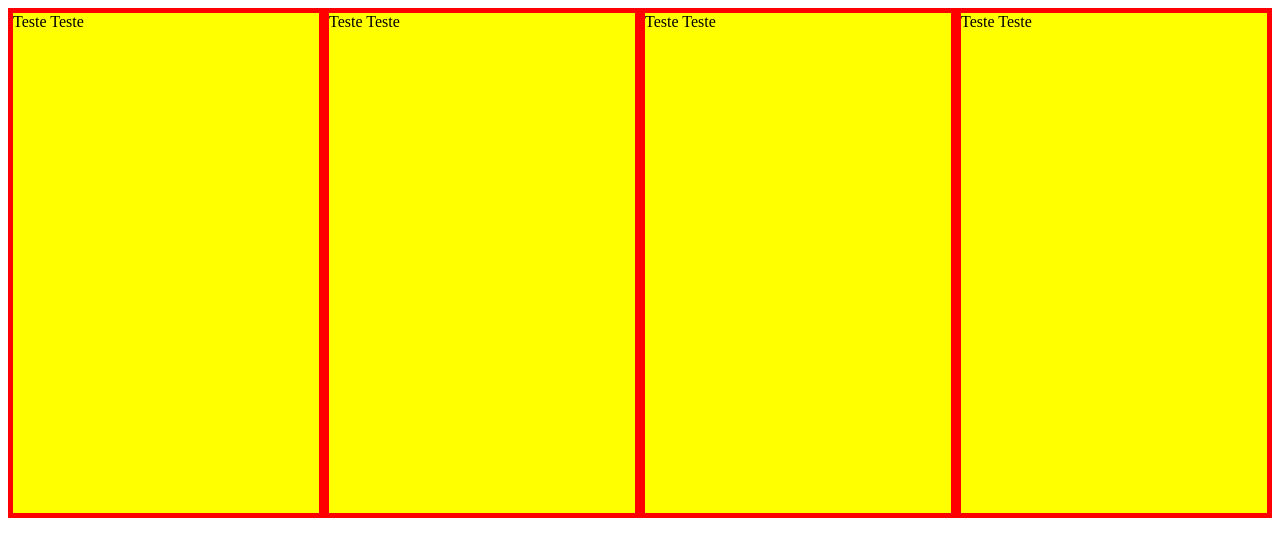
Repository: Leandromarim/Curso_Origamid
Page: index.html
The author's editor kept a copy of each file at every save. The page is drawn from the files as they stood at one save, then again after the next save.
The browser window is 1280 px wide. The pictures show the whole page.

Above is the page before, as saved 2023-07-19 00:35:54.

### index.html
<!DOCTYPE html>
<html lang="pt-br">

<head>
    <meta charset="UTF-8">
    <meta name="viewport" content="width=device-width, initial-scale=1.0">
    <link rel="stylesheet" href="./css/stylesheet.css">
    <title>Meu Currículo</title>
</head>

<body>
    <section class="container">
        <div class="item">Teste Teste</div>
        <div class="item">Teste Teste</div>
        <div class="item">Teste Teste</div>
        <div class="item">Teste Teste</div>
    </section>
</body>

</html>

### css/stylesheet.css
section.container {
    display: flex;
    position: relative;
    background-color: red;
    align-items: center;
    justify-content: center;
}

div.item {
    display: flex;
    flex-wrap: wrap;
    position: relative;
    width: 500px;
    height: 500px;
    margin: 5px;
    background-color: yellow
}

After the next save:
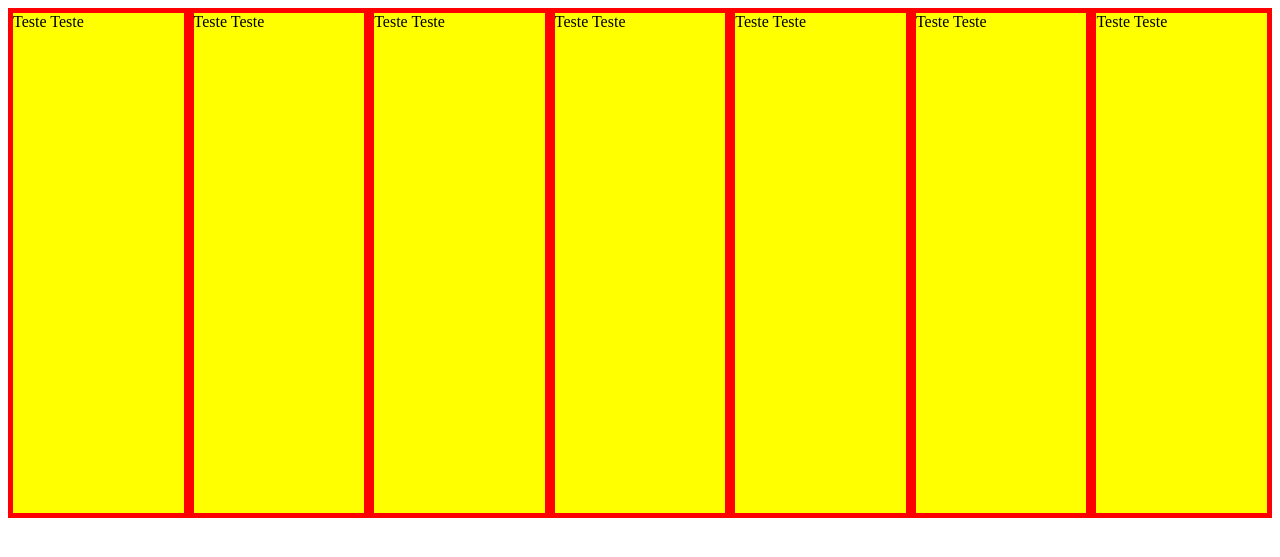
Saved 31 s later.
--- a/index.html
+++ b/index.html
@@ -14,6 +14,9 @@
         <div class="item">Teste Teste</div>
         <div class="item">Teste Teste</div>
         <div class="item">Teste Teste</div>
+        <div class="item">Teste Teste</div>
+        <div class="item">Teste Teste</div>
+        <div class="item">Teste Teste</div>
     </section>
 </body>
 

After the save that followed:
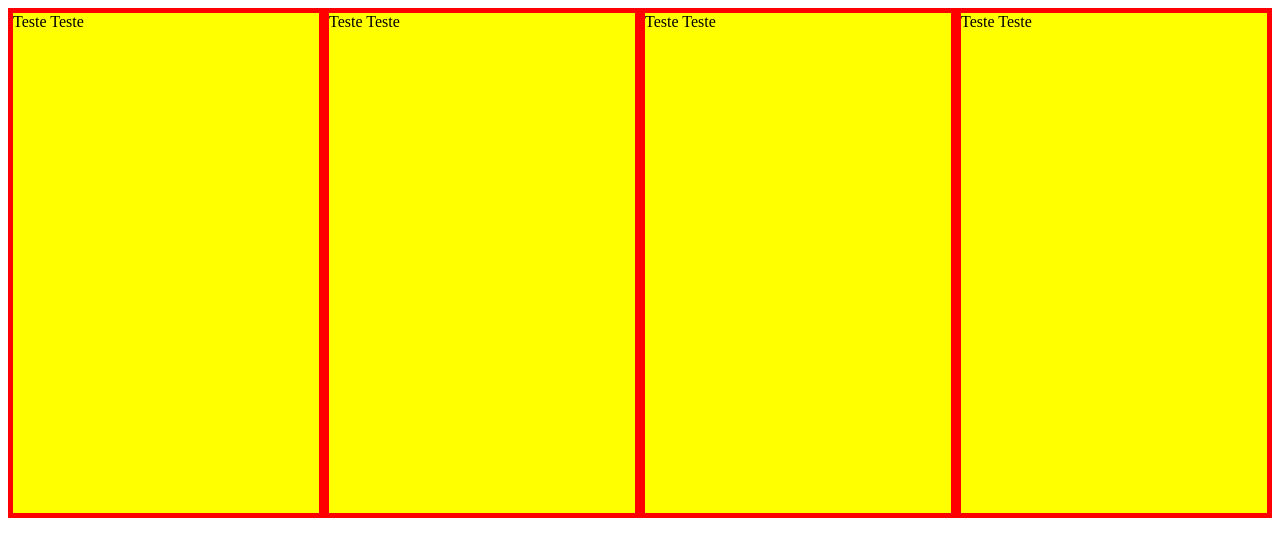
Saved 12 s later.
--- a/index.html
+++ b/index.html
@@ -14,9 +14,6 @@
         <div class="item">Teste Teste</div>
         <div class="item">Teste Teste</div>
         <div class="item">Teste Teste</div>
-        <div class="item">Teste Teste</div>
-        <div class="item">Teste Teste</div>
-        <div class="item">Teste Teste</div>
     </section>
 </body>
 
